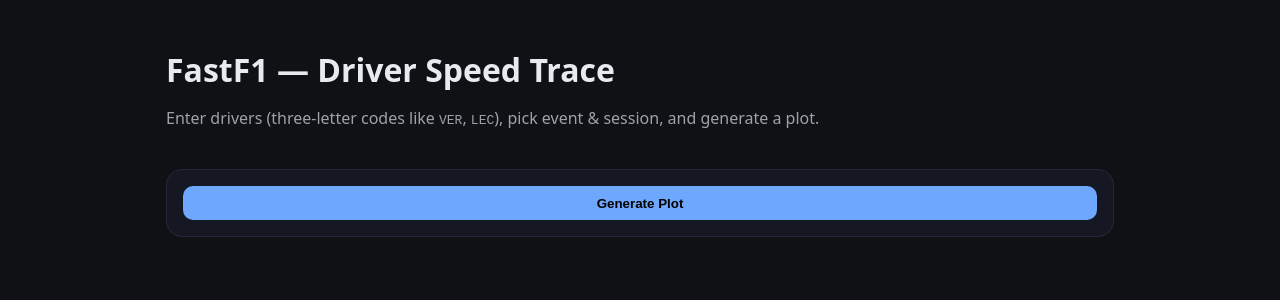
Repository: gqnsptaa/fastf1_web_preview
Page: http://localhost/menu
These files come from the project's save history. The page is drawn as it stood at one moment and after a run of saves; the edit follows.
The browser window is 1280 px wide. The pictures show the whole page.
The page is served by the project's application, run on Flask 3 (app.py).

Above is the page before, as saved 2025-09-22 16:39:56.

### templates/menu.html
<!DOCTYPE html>
<html lang="en">
  <head>
    <meta charset="utf-8" />
    <meta name="viewport" content="width=device-width, initial-scale=1" />
    <title>FastF1 — Driver Speed Trace</title>
    <link
      rel="stylesheet"
      href="{{ url_for('static', filename='styles.css') }}"
    />
  </head>
  <body>
    <div class="wrap">
      <header>
        <h1>FastF1 — Driver Speed Trace</h1>
        <p class="muted">
          Enter drivers (three-letter codes like <code>VER</code>,
          <code>LEC</code>), pick event & session, and generate a plot.
        </p>
      </header>

      {% with messages = get_flashed_messages(with_categories=true) %} {% if
      messages %}
      <div class="card">
        {% for cat, msg in messages %}
        <div class="flash {{cat}}">{{ msg }}</div>
        {% endfor %}
      </div>
      {% endif %} {% endwith %}

      <div class="card">
        <div class="full">
          <button type="submit">Generate Plot</button>
        </div>
      </div>
    </div>
  </body>
</html>

### app.py
from pathlib import Path
import time
from flask import Flask, render_template, request, redirect, url_for, flash
import matplotlib
matplotlib.use("Agg")   # headless backend for servers
import matplotlib.pyplot as plt
import matplotlib.pyplot as plt
import fastf1
import fastf1.plotting as f1plt

app = Flask(__name__)
app.secret_key = "dev"

BASE_DIR = Path(__file__).parent.resolve()
CACHE_DIR = BASE_DIR / ".fastf1"
CACHE_DIR.mkdir(parents=True, exist_ok=True)
fastf1.Cache.enable_cache(str(CACHE_DIR))

@app.get("/healthz")
def healthz():
    return "ok"

@app.get("/")
def index():
    return render_template("index.html")

@app.get("/menu")
def menu():
    return render_template("menu.html")

@app.route("/result", methods=["GET"])
def result():
    p = BASE_DIR / "static" / "plot.png"
    if p.exists():
        plot_url = url_for("static", filename="plot.png", v=int(time.time()))
    return render_template("result.html", plot_url=plot_url)


@app.post("/plot")
def plot():
    year = int(request.form.get("year", "2025"))
    event = request.form.get("event", "...")
    session_code = request.form.get("session", "Q")
    drv1 = (request.form.get("driver1", "") or "").upper().strip()
    drv2 = (request.form.get("driver2", "") or "").upper().strip()

    sess = fastf1.get_session(year, int(event) if event.isdigit() else event, session_code)
    sess.load(laps=True, telemetry=True)

    f1plt.setup_mpl()
    fig, ax = plt.subplots(figsize=(10, 5), dpi=150)

    plotted = False
    if drv1:
        lap1 = sess.laps.pick_driver(drv1).pick_fastest()
        tel1 = lap1.get_telemetry()
        ax.plot(tel1["Distance"], tel1["Speed"], label=f"{drv1} fastest")
        plotted = True
    if drv2:
        lap2 = sess.laps.pick_driver(drv2).pick_fastest()
        tel2 = lap2.get_telemetry()
        ax.plot(tel2["Distance"], tel2["Speed"], label=f"{drv2} fastest")
        plotted = True
    if not plotted:
        lap = sess.laps.pick_fastest()
        tel = lap.get_telemetry()
        ax.plot(tel["Distance"], tel["Speed"], label=f"{lap['Driver']} (overall fastest)")

    ax.set_xlabel("Distance [m]"); ax.set_ylabel("Speed [km/h]")
    ax.set_title(f"{sess.event['EventName']} {sess.event.year} — {sess.name}")
    ax.grid(True); ax.legend(); fig.tight_layout()

    out = BASE_DIR / "static" / "plot.png"
    fig.savefig(out, bbox_inches="tight")
    plt.close(fig)

    flash("Plot generated", "success")
    return redirect(url_for("result"))

if __name__ == "__main__":
    app.run(debug=True)  # browse to http://127.0.0.1:5000/

### static/styles.css
:root {
  --bg:#0f1115; --card:#151822; --text:#e9e9f0;
  --muted:#a1a1ad; --accent:#6ea8fe; --border:#242839;
}
* { box-sizing: border-box; }
body {
  margin: 0;
  font-family: system-ui, -apple-system, Segoe UI, Roboto, Helvetica, Arial;
  background: var(--bg);
  color: var(--text);
}
.wrap { max-width: 980px; margin: 24px auto 48px; padding: 0 16px; }
header { padding: 24px 0 8px; }
h1 { margin: 0 0 6px; }
.muted { color: var(--muted); }

.card {
  background: var(--card);
  border: 1px solid var(--border);
  border-radius: 16px;
  padding: 16px;
  margin-top: 16px;
}

label { display: block; margin: .25rem 0 .35rem; }
input, select, button {
  width: 100%;
  padding: .6rem .7rem;
  border: 1px solid var(--border);
  border-radius: 10px;
  background: #0f1115;
  color: var(--text);
}
form { display: grid; grid-template-columns: repeat(2, minmax(0,1fr)); gap: 12px; }
form .full { grid-column: 1 / -1; }

button {
  background: var(--accent);
  border: none;
  color: #000;
  font-weight: 600;
  cursor: pointer;
}

.img {
  display: grid;
  place-items: center;
  padding: 12px;
  border: 1px dashed var(--border);
  border-radius: 12px;
  min-height: 220px;
}
img { max-width: 100%; height: auto; border-radius: 10px; display: block; }

.flash { padding: .6rem .8rem; border-radius: 10px; margin: .35rem 0; font-size: .95rem; }
.success { background: #0f2f19; border: 1px solid #1d5e35; }
.error   { background: #2f1010; border: 1px solid #5e1d1d; }
.info    { background: #0f2132; border: 1px solid #1d3d5e; }

After the next 2 saves:
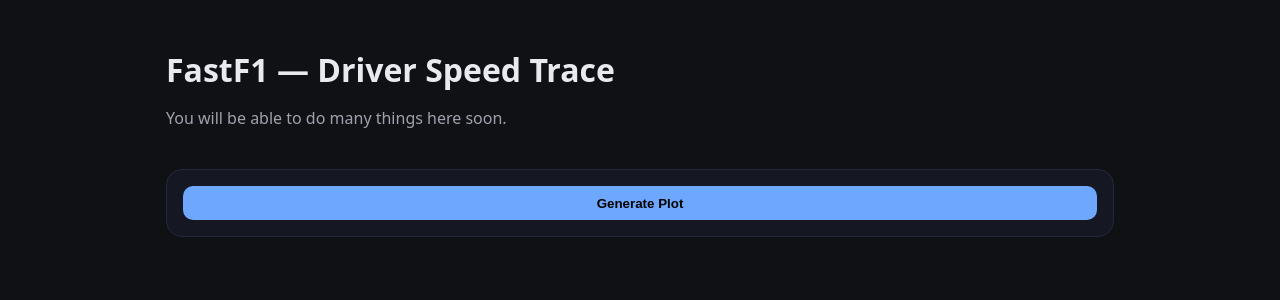
The 2 saves are shown as one change because they came seconds apart.
The last was saved 55 s later.
--- a/templates/menu.html
+++ b/templates/menu.html
@@ -13,10 +13,7 @@
     <div class="wrap">
       <header>
         <h1>FastF1 — Driver Speed Trace</h1>
-        <p class="muted">
-          Enter drivers (three-letter codes like <code>VER</code>,
-          <code>LEC</code>), pick event & session, and generate a plot.
-        </p>
+        <p class="muted">You will be able to do many things here soon.</p>
       </header>
 
       {% with messages = get_flashed_messages(with_categories=true) %} {% if
